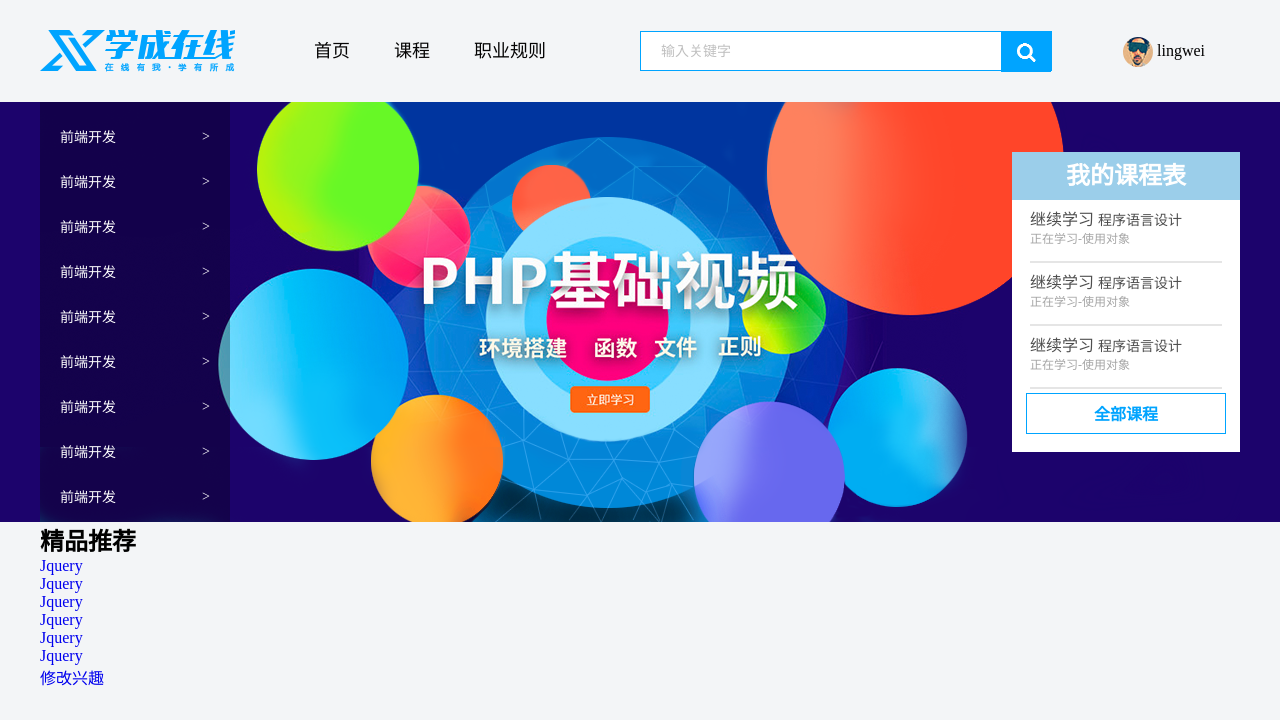
Repository: DengBiHua/xcdx
Page: index.html
An editor plug-in stored every save of this project. The page is shown before and after the next save, followed by the edit.
The browser window is 1280 px wide. The pictures show the whole page.

Above is the page before, as saved 2022-04-14 23:11:06.

### index.html
<!DOCTYPE html>
<html lang="en">
<head>
    <meta charset="UTF-8">
    <meta http-equiv="X-UA-Compatible" content="IE=edge">
    <meta name="viewport" content="width=device-width, initial-scale=1.0">
    <title>学成在线</title>
    <link rel="stylesheet" href="css/index.css">
</head>
<body>
    <!-- 头部 -->
    <div class="header wrapper">
        <h1>
            <a href="#">
                <img src="images/logo.png" alt="">
            </a>
        </h1>
        <!-- 导航 -->
        <div class="nav">
            <ul>
                <li><a href="#">首页</a></li>
                <li><a href="#">课程</a></li>
                <li><a href="#">职业规则</a></li>
            </ul>
        </div>
        <!-- 搜索 -->
        <div class="search">
            <input type="text" placeholder="输入关键字">
            <button></button>
        </div>
        <!-- 用户 -->
        <div class="user">
            <img src="./images/user.png" alt="">
            <span>lingwei</span>
        </div>
    </div>
    <div class="banner">
        <div class="wrapper">
            <div class="left">
                <ul>
                    <li><a href="#">前端开发<span>></span></a></li>
                    <li><a href="#">前端开发<span>></span></a></li>
                    <li><a href="#">前端开发<span>></span></a></li>
                    <li><a href="#">前端开发<span>></span></a></li>
                    <li><a href="#">前端开发<span>></span></a></li>
                    <li><a href="#">前端开发<span>></span></a></li>
                    <li><a href="#">前端开发<span>></span></a></li>
                    <li><a href="#">前端开发<span>></span></a></li>
                    <li><a href="#">前端开发<span>></span></a></li>
                </ul>
            </div>
            <div class="right">
                <h2>我的课程表</h2>
                <div class="content">
                    <dl>
                        <dt>
                            <span class="titleLeft">继续学习</span>
                            <span class="titleRight">程序语言设计</span>
                        </dt>
                        <dd>正在学习-使用对象</dd>
                    </dl>
                    <dl>
                        <dt>
                            <span class="titleLeft">继续学习</span>
                            <span class="titleRight">程序语言设计</span>
                        </dt>
                        <dd>正在学习-使用对象</dd>
                    </dl>
                    <dl>
                        <dt>
                            <span class="titleLeft">继续学习</span>
                            <span class="titleRight">程序语言设计</span>
                        </dt>
                        <dd>正在学习-使用对象</dd>
                    </dl>
                </div>
                <a href="#" class="all">全部课程</a>
            </div>
        </div>
    </div>
    <div class="recommend wrapper">
        <h2>精品推荐</h2>
        <ul>
            <li><a href="#">Jquery</a></li>
            <li><a href="#">Jquery</a></li>
            <li><a href="#">Jquery</a></li>
            <li><a href="#">Jquery</a></li>
            <li><a href="#">Jquery</a></li>
            <li><a href="#">Jquery</a></li>
        </ul>
        <a href="#">修改兴趣</a>
    </div>
</body>
</html>

### css/index.css
/* css代码顺序
1、浮动/display
2、盒子模型
3、文字样式
 */

/* 通用模版 */
* {
    margin: 0;
    padding: 0;
    /* 内减模式 */
    box-sizing: border-box;
}
li {
    /* 清除列表前方小圆点 */
    list-style-type: none;
}
a {
    /* 去除超链接文字的下划线 */
    text-decoration: none;
}
.clearfix::before,.clearfix::after {
    content: "";
    display: table;
}
.clearfix::after {
    clear: both;
}

/* 版心 */
.wrapper {
    width: 1200px;
    margin: 0 auto;
}

body {
    background-color: #f3f5f7;
}

/* 头部 */
.header {
    height: 42px;
    margin: 30px auto;
}

h1 {
    float: left;
}

/* 导航 */
.nav {
    float: left;

    height: 42px;
    margin-left: 70px;
}

.nav li {
    float: left;

    margin-right: 26px;
}

.nav li a {
    display: block;

    padding: 0 9px;
    height: 42px;
    line-height: 42px;

    font-size: 18px;
    color: #050505;
}

.nav li a:hover {
    border-bottom: 2px solid #00a4ff;
}

.search {
    float: left;
    margin-left: 59px;
    margin-top: 1px;
    width: 412px;
    height: 40px;
    border: 1px solid #00a4ff;
}

.search input {
    float: left;
    padding-left: 20px;
    width: 360px;
    height: 38px;
    border: 0;
}

.search input::placeholder {
    font-size: 14px;
    color: #bfbfbf;
}

.search button {
    float: left;
    width: 50px;
    height: 40px;
    background-image: url(../images/btn.png);
    border: 0;
}

.user {
    float: right;
    margin-right: 35px;
    height: 42px;
    line-height: 42px;
}

.user img {
    /* 调节图片垂直方向对齐方式 */
    vertical-align: middle;
}

.banner {
    height: 420px;
    background-color: #1c036c;
}

.banner .wrapper {
    height: 420px;
    background-image: url(../images/banner2.png);
}

.banner .left {
    float: left;
    padding: 0 20px;
    width: 190px;
    height: 420px;
    background-color: rgba(0, 0, 0, 0.3);
    line-height: 44px;
}

.banner ul {
    margin-top: 13px;
}

.banner a {
    font-size: 14px;
    color: #ffffff;
}

.banner a:hover {
    color: #00b4ff;
}

.banner .left span {
    float: right;
}

.banner .right {
    float: right;
    margin-top: 50px;
    width: 228px;
    height: 300px;
    background-color: #ffffff;
}

.banner .right h2 {
    height: 48px;
    background-color: #9bceea;
    font: 18px;
    color: #ffffff;
    text-align: center;
    line-height: 48px;
}

.banner .content {
    padding: 0 18px;
}

.banner .right dl {
    padding: 12px 0;
    border-bottom: 2px solid #e5e5e5;
}

.banner .right .content dt {
    color: #4e4e4e;
    line-height: 16px;
}

.banner .right .titleLeft {
    font-size: 16px;
}

.banner .right .titleRight {
    font-size: 14px;
}

.banner .right .content dd {
    color: #a5a5a5;
    font-size: 12px;
    line-height: 20px;
}

.banner .right .all {
    display: block;
    margin: 4px auto 0;
    width: 200px;
    height: 41px;
    border: 1px solid #00a4ff;
    font-weight: 700;
    font-size: 16px;
    color: #00a4ff;
    text-align: center;
    line-height: 41px;
}

After the next save:
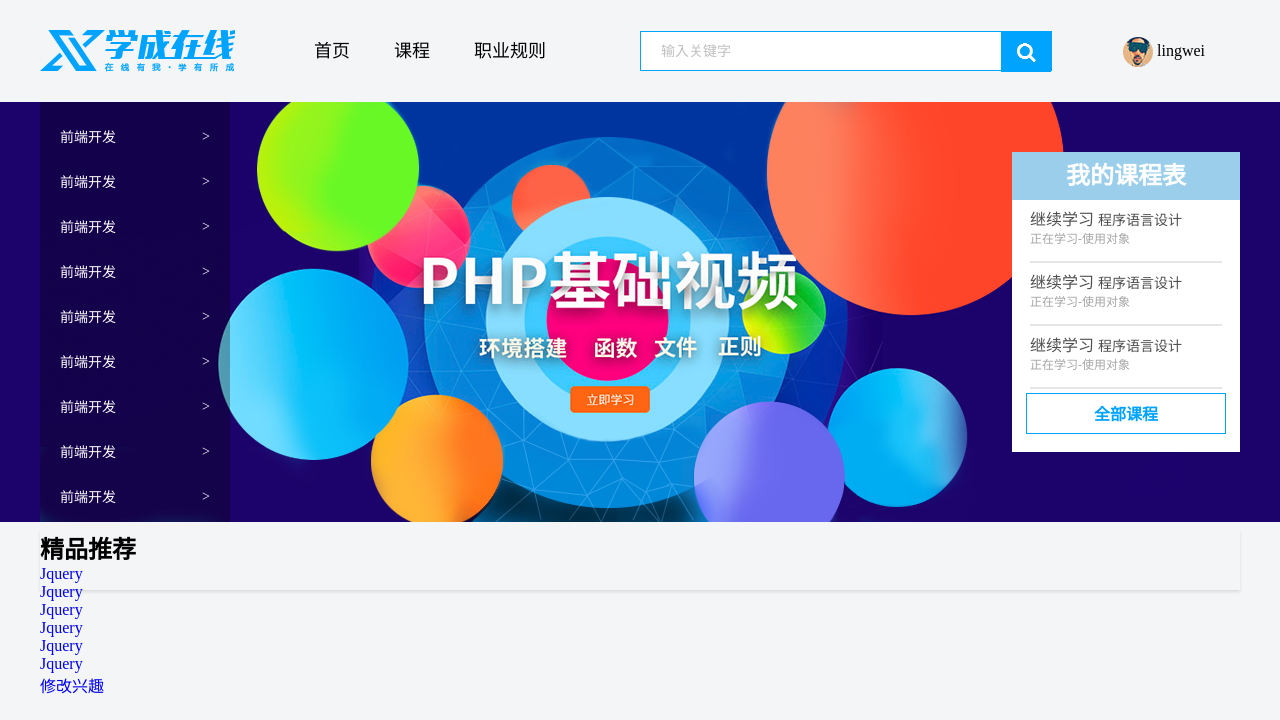
Saved 2 min 38 s later.
--- a/css/index.css
+++ b/css/index.css
@@ -211,3 +211,9 @@
     text-align: center;
     line-height: 41px;
 }
+
+.recommend {
+    margin-top: 8px;
+    height: 60px;
+    box-shadow: 0px 2px 3px 0px rgba(118, 118, 118, 0.2);
+}
